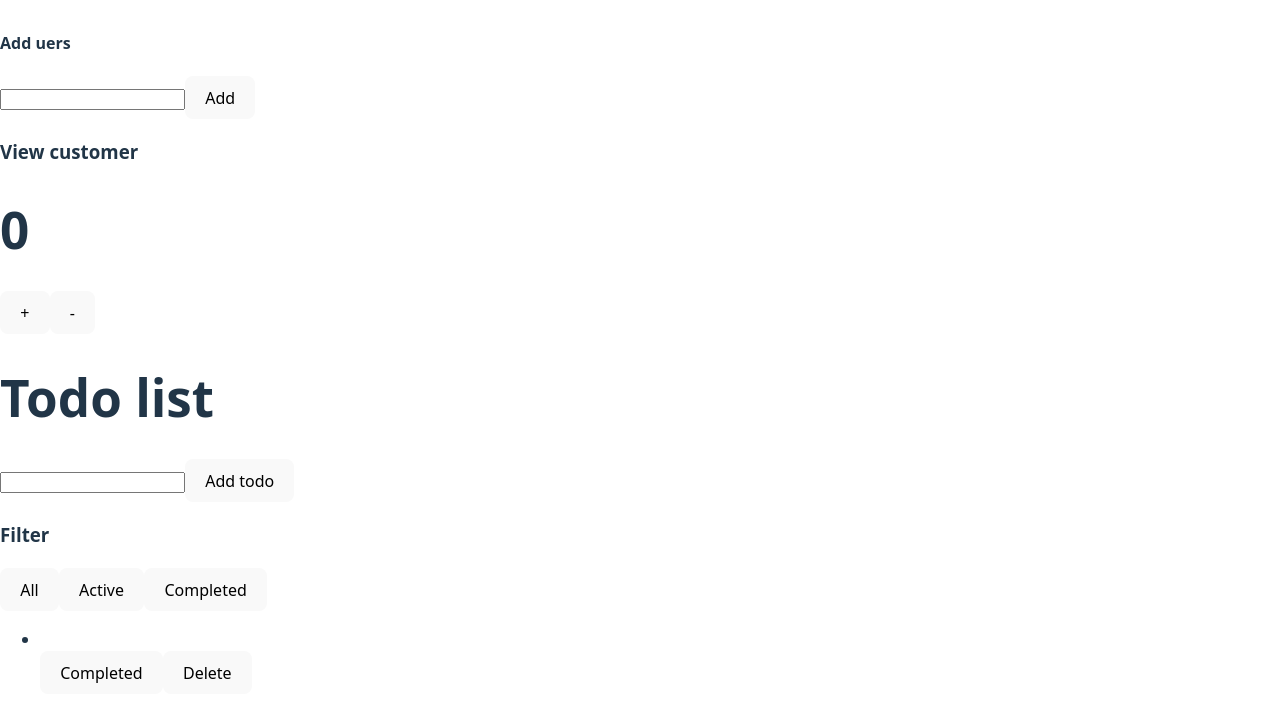
Repository: Sudharsan-3/redux
Page: / (app in vite-project/)
These files come from the project's save history. The page is drawn as it stood at one moment and after a run of saves; the edit follows.
The browser window is 1280 px wide. The pictures show the whole page.
The project was rebuilt for these pictures with package versions that can differ from the ones it lists, and the page was loaded fresh each time. Also part of the build but not shown: vite-project/vite.config.js.

Above is the page before, as saved 2025-07-03 12:07:13.

### vite-project/src/main.jsx
import { createRoot } from 'react-dom/client'
import './index.css'
import App from './App.jsx'

createRoot(document.getElementById('root')).render(

    <App />

)

### vite-project/src/App.jsx
import React from 'react'
import CustomerAdd from './components/CustomerAdd'
import {Provider} from 'react-redux'
import { store } from './store/store'
import CustomerView from './components/CustormerView'
import Counter from './components/Counter'

import ToDo from './components/TODO/ToDo'
const App = () => {
  return (
    <div>
      <Provider store={store}>
        <CustomerAdd />
        <CustomerView />
        <Counter />
        <h1>Todo list</h1>
        <ToDo />
      </Provider>


    </div>
  )
}

export default App

### vite-project/src/components/CustomerAdd.jsx
import React, { useState } from 'react'

import { addCustomer } from '../slice/coustomerSclie'
import { useDispatch } from 'react-redux'

export default function CustomerAdd() {
  const [input,setInput] = useState("")
  const dispatch =useDispatch()
  // const [add,setAdd] = useState([])
  const handelClick = ()=>{
    if (input){
      console.log("i got clicked")
      // setAdd((previous)=>[...previous,input])
    dispatch(addCustomer(input))
      setInput("");

    }
  }
  return <><div>
        <h4>Add uers</h4>
        <div>
            <input value={input} onChange={(e)=> setInput(e.target.value) } />
            <button onClick={handelClick}>Add</button>
        </div>

    </div>

  </>
  }

### vite-project/src/store/store.js
import {configureStore} from "@reduxjs/toolkit"
import customerReducer from "../slice/coustomerSclie"
import  counterReducer  from "../slice/counter"
import todoReducer from "../slice/todo"
export const store = configureStore({
    devTools:true,
    reducer:{
        custormers : customerReducer,
        counter : counterReducer,
        todos:todoReducer,
    }
})

### vite-project/src/components/CustormerView.jsx
import { useDispatch, useSelector } from "react-redux"
import { deletCustomer } from "../slice/coustomerSclie"

export default function CustomerView(){
   const customer =  useSelector((state)=>state.custormers)
   const dispatch = useDispatch()
   console.log(customer,"from customer view")
   function deleteHandel(i){
    console.log(i)
    dispatch(deletCustomer(i))


   }
    return <div>
        <h3>View customer </h3>

            <ul style={{listStyle:'none'}}>
                {customer.map((e,i)=>
                     <li key={i}>
                        {e}
                        <button onClick={()=> deleteHandel(i)}>Delete</button>

                </li>
                )}

            </ul>

    </div>
}

### vite-project/src/components/Counter.jsx
import React from 'react'
import { useSelector } from 'react-redux'
import { useDispatch } from 'react-redux'
import { decrement, increment } from '../slice/counter'

const Counter = () => {
  const count = useSelector((state)=>state.counter.value)
  const dispatch = useDispatch()
  console.log(count)

  return (
    <div>
        <h1>{count}</h1>
        <button onClick={()=> dispatch(increment())} >+</button>
        <button onClick={()=> dispatch(decrement())} >-</button>

    </div>
  )
}

export default Counter

### vite-project/src/components/TODO/ToDo.jsx
import React from 'react'

import ToDoFilter from './ToDoFilter'
import ToDoInput from './ToDoInput'
import TodoList from './Todolist'

const ToDo = () => {
  return (
    <div>

        <ToDoInput />

        <ToDoFilter />
        <TodoList />

    </div>
  )
}

export default ToDo

### vite-project/src/slice/coustomerSclie.js
import { createSlice } from "@reduxjs/toolkit";

const initialState = [];

const custormerSlice = createSlice({
    name:'customer',
    // initialState : (value=[])
    initialState,
    reducers:{
       addCustomer(state,action){
        state.push(action.payload)

       } ,
       deletCustomer(state,action){
        const deleteIndex = action.payload
        return state.filter((value,index)=> index !== deleteIndex)

       }
    }
})

export const {addCustomer ,deletCustomer} = custormerSlice.actions
export default custormerSlice.reducer

### vite-project/src/slice/counter.js
import { createSlice } from "@reduxjs/toolkit";



export const counter = createSlice({
    name:'counter',
    initialState :{value: 0 },
    reducers:{
        increment:(state)=>{
             state.value+=1

        },
        decrement:(state)=>{
             state.value-=1

        },
    }
})

export const{increment,decrement} = counter.actions
export default counter.reducer

### vite-project/src/slice/todo.js
import { createSlice } from "@reduxjs/toolkit";
const initialState = []

const todo =  createSlice({
    name:"todo",
    initialState,
    reducers:{
        addItems(state,action){
             state.push(action.payload)
        }
    }
})


export const{addItems}=todo.actions

export default todo.reducer

### vite-project/src/components/TODO/ToDoFilter.jsx
import React from 'react'

const ToDoFilter = () => {
  return (
    <div>
    <h3>
        Filter
    </h3>
    <button>All</button>
    <button>Active</button>
    <button>Completed</button>

    </div>
  )
}

export default ToDoFilter

### vite-project/src/components/TODO/ToDoInput.jsx
import React, { useState } from 'react'
import { addItems } from '../../slice/todo'
import { useDispatch } from 'react-redux'
import { useSelector } from 'react-redux'


const ToDoInput = () => {
    const [input,setInput] = useState("")
    const data = useSelector((state)=>state.todos)
    const dispatch = useDispatch()
    const handelClick =()=>{
       console.log(input)
       if(input){
        console.log(input) ;
        if(data.length <0){
          dispatch(
            addItems(
              {"id":1,
            "text":input,
            "completed":false
          }))
        }
        let index = data.length
        dispatch(
          addItems(
            {"id":index+1,
          "text":input,
          "completed":false
        }))

      }
        setInput("")

    }
  return (
    <div>
        <input value={input} onChange={(e)=>setInput(e.target.value)} type="text" />
        <button onClick={handelClick}>Add todo</button>

    </div>
  )
}

export default ToDoInput

### vite-project/src/components/TODO/Todolist.jsx
import React from 'react'

import { useSelector } from 'react-redux'
import TodoItem from './TodoItem'

const TodoList = () => {
    const todo = useSelector((state)=>state.todos)
    console.log(todo)
  return (
    <div>
        <TodoItem  />


    </div>
  )
}

export default TodoList

### vite-project/src/components/TODO/TodoItem.jsx
import React from 'react'


const TodoItem = () => {

  return (
    <div>
        <ul>
                <li></li>
                <button>Completed</button>
                <button>Delete</button>
            </ul>

    </div>
  )
}

export default TodoItem

Loaded but not shown: vite-project/index.html (common file); vite-project/src/index.css (common file)

After the next 10 saves:
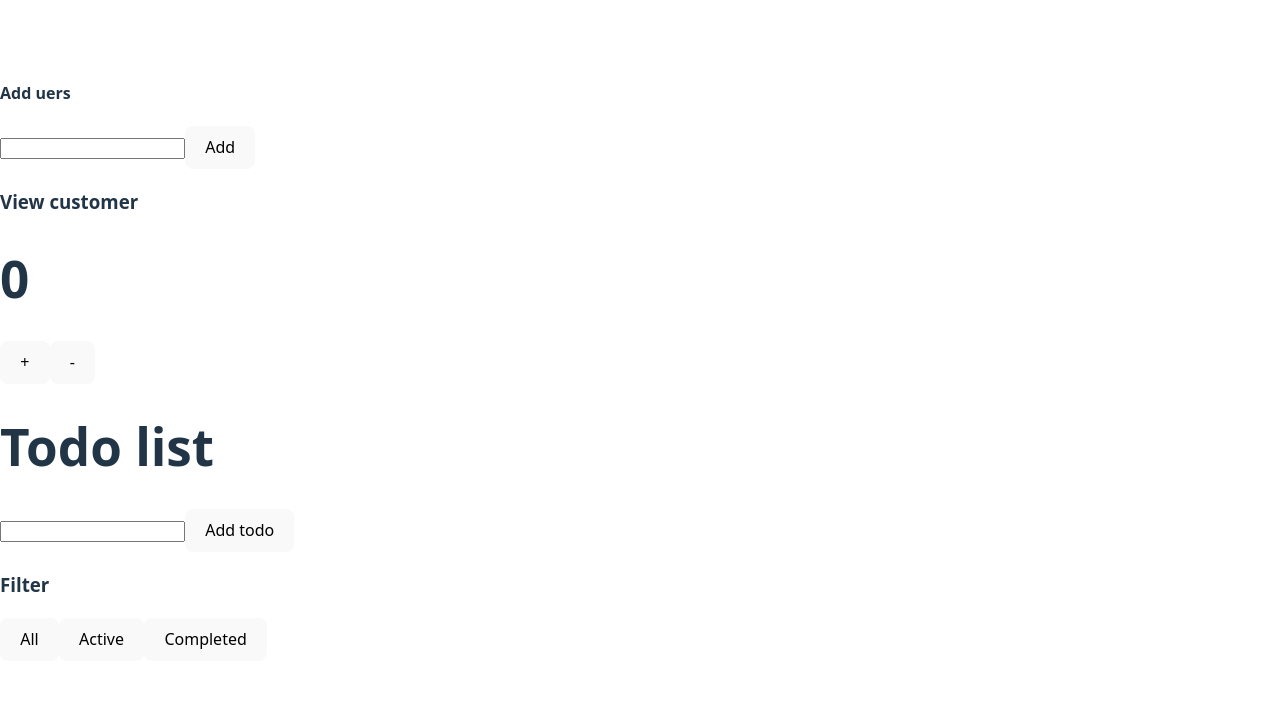
The 10 saves are shown as one change because 3 did not build or start and some came seconds apart.
The last was saved 45 s later.
--- a/vite-project/src/components/TODO/Todolist.jsx
+++ b/vite-project/src/components/TODO/Todolist.jsx
@@ -8,7 +8,10 @@ const TodoList = () => {
     console.log(todo)
   return (
     <div>
-        <TodoItem  />
+        {
+            todo.map((todo)=> <TodoItem  /> )
+        }
+
 
 
     </div>
